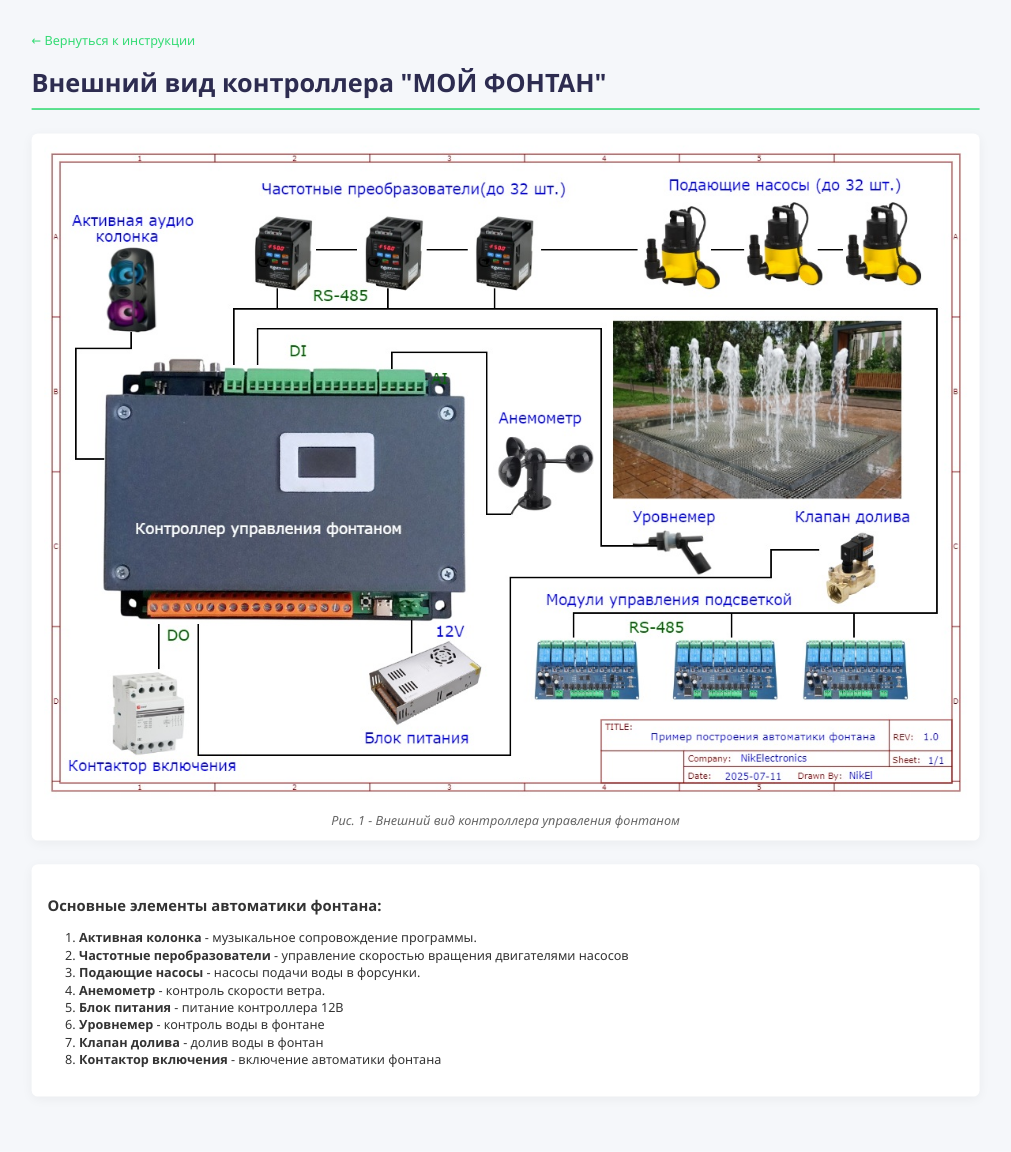
Repository: NikElectronics/fountain_manual
Page: controller.html
These files come from the project's save history. The page is drawn as it stood at one moment and after the next save; the edit follows.
The browser window is 1280 px wide. The pictures show the whole page, at 79% of full size.

Above is the page before, as saved 2025-07-14 04:22:00.

### controller.html
<!DOCTYPE html>
<html lang="ru">

<head>
    <meta charset="UTF-8">
    <meta name="viewport" content="width=device-width, initial-scale=1.0">
    <title>Изображение контроллера - My Fountain</title>
    <style>
        :root {
            --primary-color: #2d2c50;
            --secondary-color: #34db74;
            --light-gray: #f5f7fa;
            --white: #ffffff;
        }

        body {
            font-family: 'Segoe UI', Tahoma, Geneva, Verdana, sans-serif;
            margin: 0;
            padding: 0;
            background-color: var(--light-gray);
            color: #333;
        }

        .container {
            max-width: 1200px;
            margin: 0 auto;
            padding: 40px;
        }

        h1 {
            color: var(--primary-color);
            border-bottom: 2px solid var(--secondary-color);
            padding-bottom: 12px;
            margin-top: 0;
        }

        .back-link {
            display: inline-block;
            margin-bottom: 20px;
            color: var(--secondary-color);
            text-decoration: none;
            font-weight: 500;
        }

        .back-link:hover {
            text-decoration: underline;
        }

        .screenshot-container {
            text-align: center;
            margin: 30px 0;
            padding: 15px;
            background: var(--white);
            border-radius: 8px;
            box-shadow: 0 3px 15px rgba(0, 0, 0, 0.05);
        }

        .screenshot {
            max-width: 100%;
            height: auto;
            border-radius: 6px;
        }

        .caption {
            font-style: italic;
            color: #666;
            margin-top: 10px;
        }

        .description {
            background: var(--white);
            padding: 20px;
            border-radius: 8px;
            margin: 30px 0;
            box-shadow: 0 3px 15px rgba(0, 0, 0, 0.05);
        }
    </style>
</head>

<body>
    <div class="container">
        <a href="index.html" class="back-link">← Вернуться к инструкции</a>

        <h1>Внешний вид контроллера "МОЙ ФОНТАН"</h1>

        <div class="screenshot-container">
            <img src="screenshots/controller_image.jpg" alt="Изображение контроллера" class="screenshot">
            <div class="caption">Рис. 1 - Внешний вид контроллера управления фонтаном</div>
        </div>

        <div class="description">
            <h3>Основные элементы автоматики фонтана:</h3>
            <ol>
                <li><strong>Активная колонка</strong> - музыкальное сопровождение программы.</li>
                <li><strong>Частотные перобразователи</strong> - управление скоростью вращения двигателями насосов</li>
                <li><strong>Подающие насосы</strong> - насосы подачи воды в форсунки.</li>
                <li><strong>Анемометр</strong> - контроль скорости ветра.</li>
                <li><strong>Блок питания</strong> - питание контроллера 12В</li>
                <li><strong>Уровнемер</strong> - контроль воды в фонтане</li>
                <li><strong>Клапан долива</strong> - долив воды в фонтан</li>
                <li><strong>Контактор включения</strong> - включение автоматики фонтана</li>
            </ol>
        </div>
    </div>
</body>

</html>

After the next save:
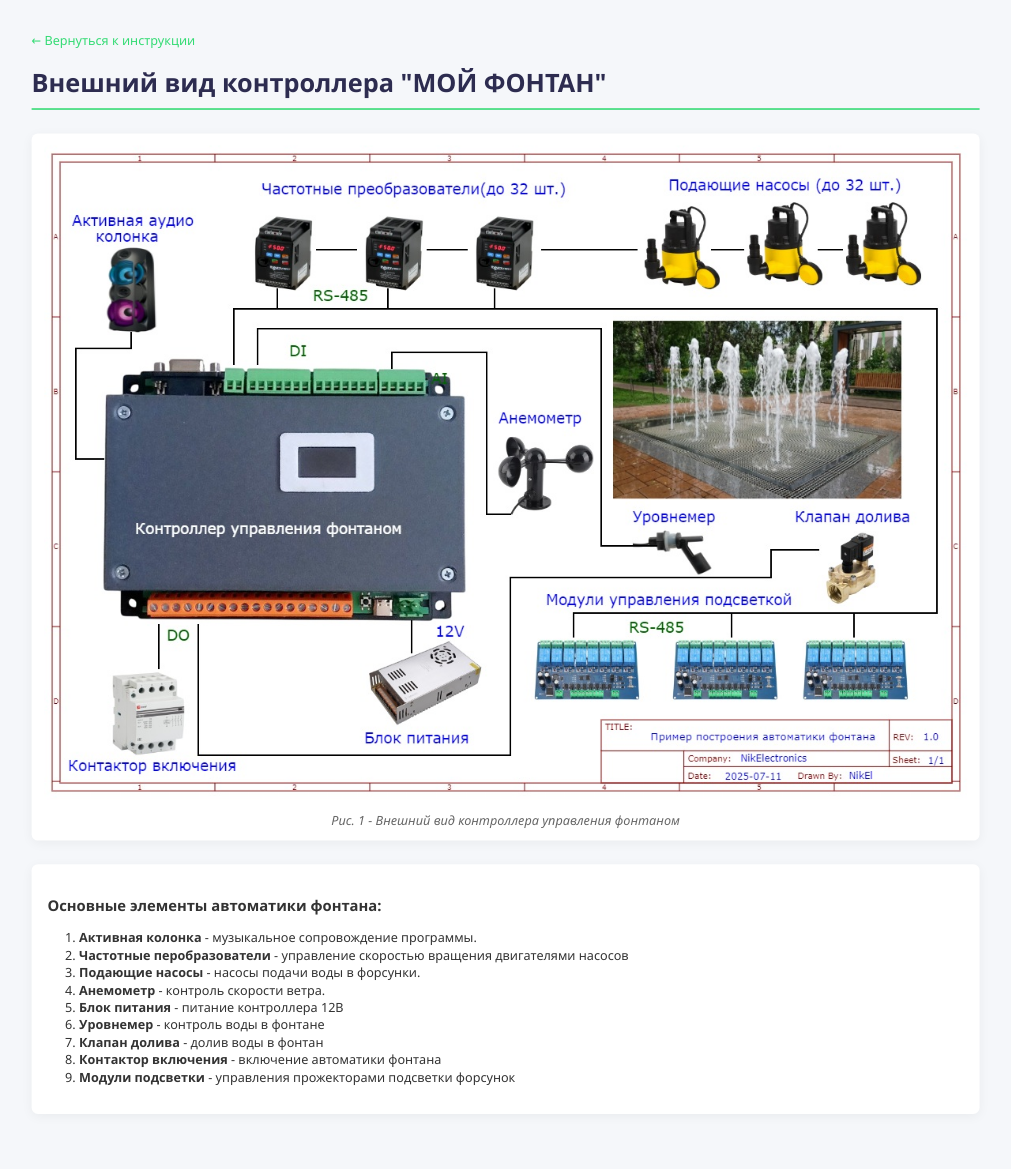
Saved 66 s later.
--- a/controller.html
+++ b/controller.html
@@ -99,6 +99,7 @@
                 <li><strong>Уровнемер</strong> - контроль воды в фонтане</li>
                 <li><strong>Клапан долива</strong> - долив воды в фонтан</li>
                 <li><strong>Контактор включения</strong> - включение автоматики фонтана</li>
+                <li><strong>Модули подсветки</strong> - управления прожекторами подсветки форсунок</li>
             </ol>
         </div>
     </div>
